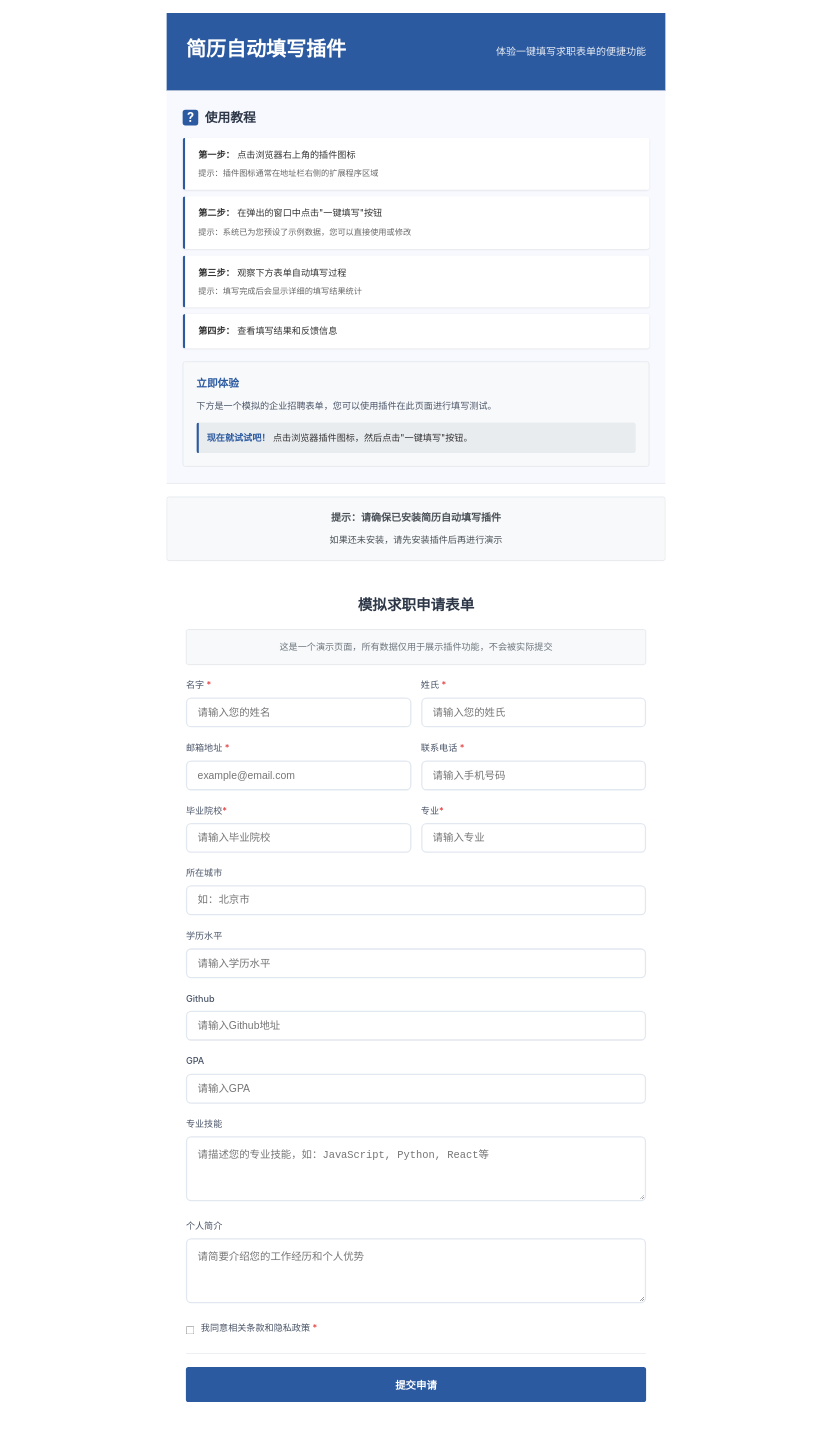
Repository: Zion74/jiancareer-chrome-main-zhn
Page: public/mock-form.html
These files come from the project's save history. The page is drawn as it stood at one moment and after the next save; the edit follows.
The browser window is 1280 px wide. The pictures show the whole page, at 65% of full size.

Above is the page before, as saved 2025-09-09 23:15:14.

After the next save:
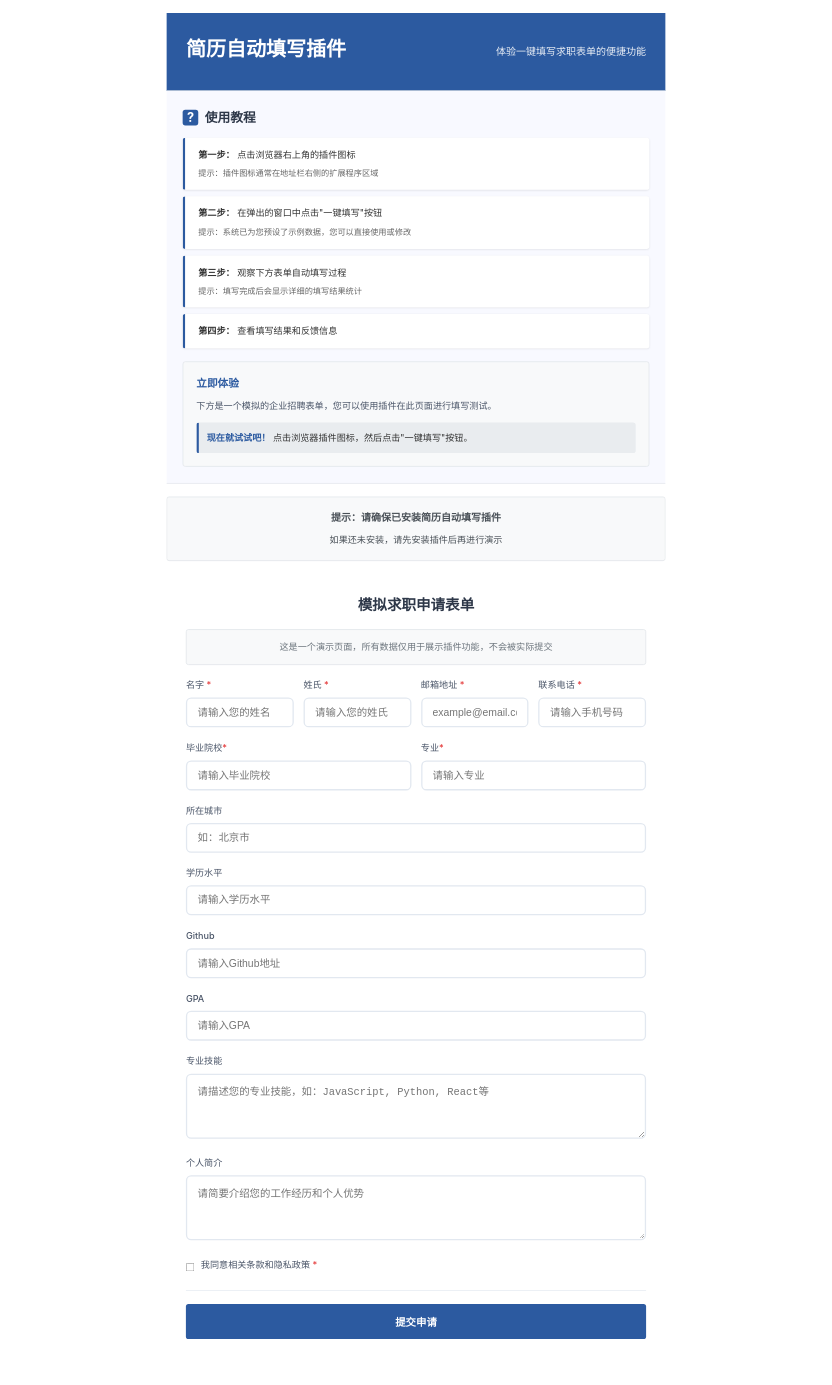
Saved 33 s later.
--- a/public/mock-form.html
+++ b/public/mock-form.html
@@ -305,9 +305,7 @@
                         <label for="lastName">姓氏 <span class="required">*</span></label>
                         <input type="text" id="lastName" name="lastName" placeholder="请输入您的姓氏">
                     </div>
-                </div>
-
-                <div class="form-row">
+
                     <div class="form-group">
                         <label for="email">邮箱地址 <span class="required">*</span></label>
                         <input type="email" id="email" name="email" placeholder="example@email.com" required>

After the save that followed:
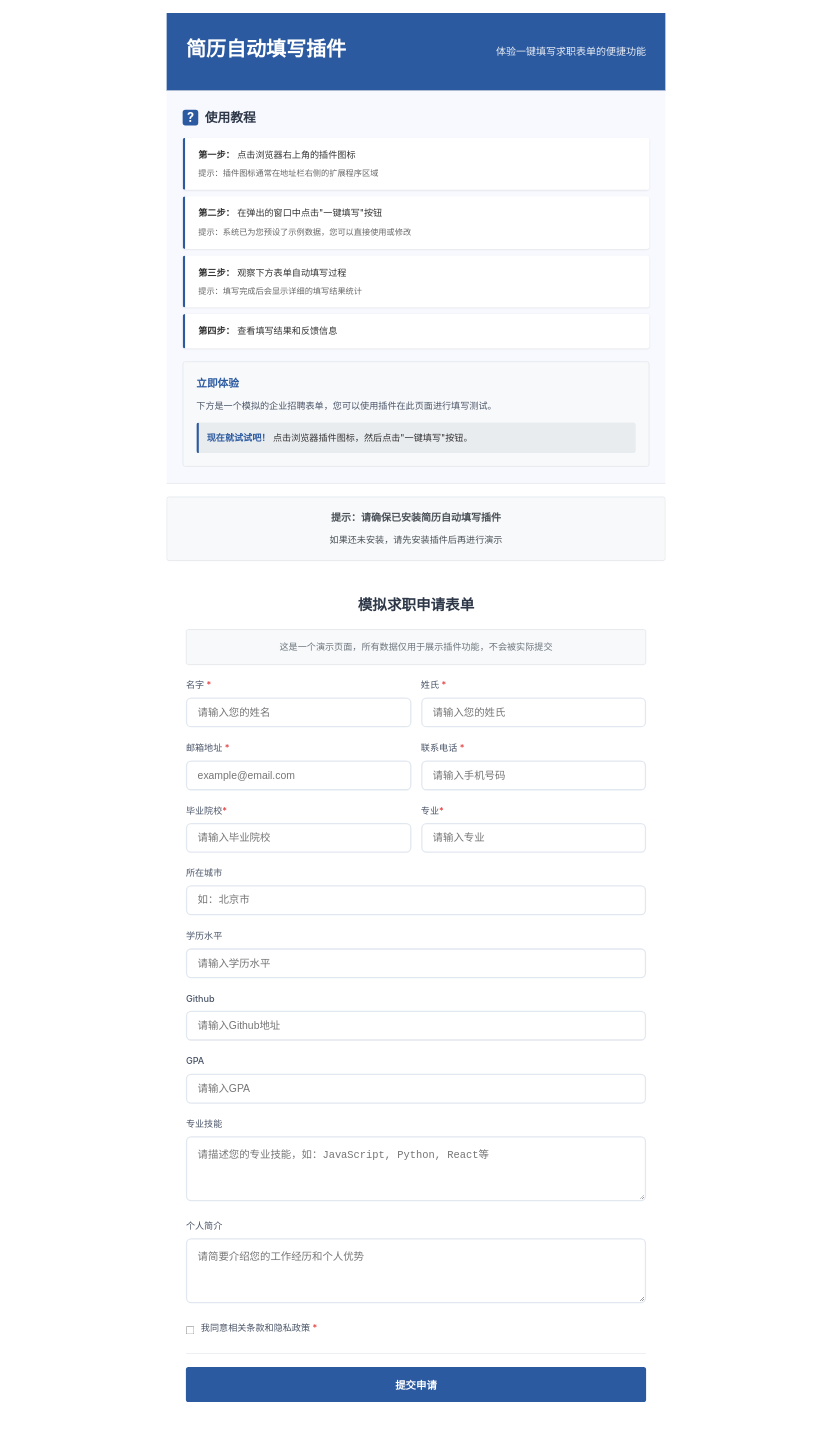
Saved 10 s later.
--- a/public/mock-form.html
+++ b/public/mock-form.html
@@ -305,7 +305,9 @@
                         <label for="lastName">姓氏 <span class="required">*</span></label>
                         <input type="text" id="lastName" name="lastName" placeholder="请输入您的姓氏">
                     </div>
-
+                </div>
+
+                <div class="form-row">
                     <div class="form-group">
                         <label for="email">邮箱地址 <span class="required">*</span></label>
                         <input type="email" id="email" name="email" placeholder="example@email.com" required>
